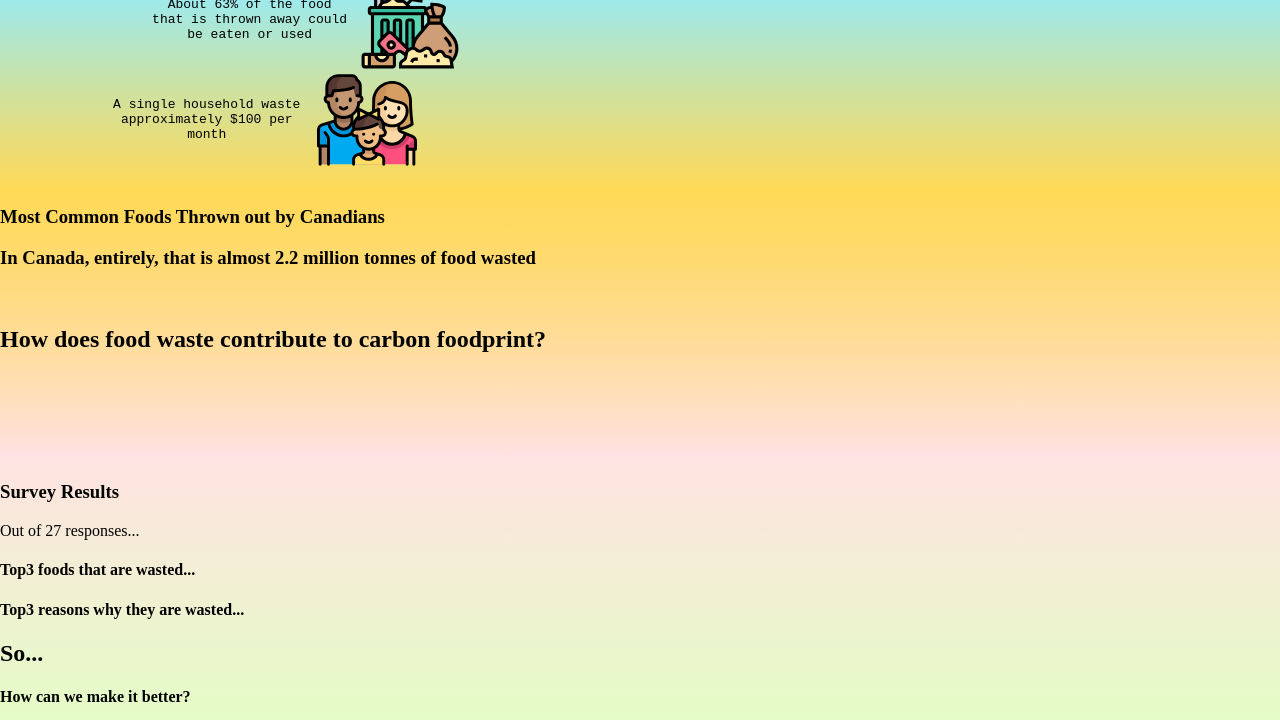
Repository: iorid3/Midterm
Page: index.html
These files come from the project's save history. The page is drawn as it stood at one moment and after a run of saves; the edit follows.
The browser window is 1280 px wide. The pictures show the whole page.
An inner scrolling area shows only its first screen.

Above is the page before, as saved 2021-03-08 12:37:15.
Console error: TypeError: Cannot read properties of null (reading 'innerHTML')

After the next 2 saves:
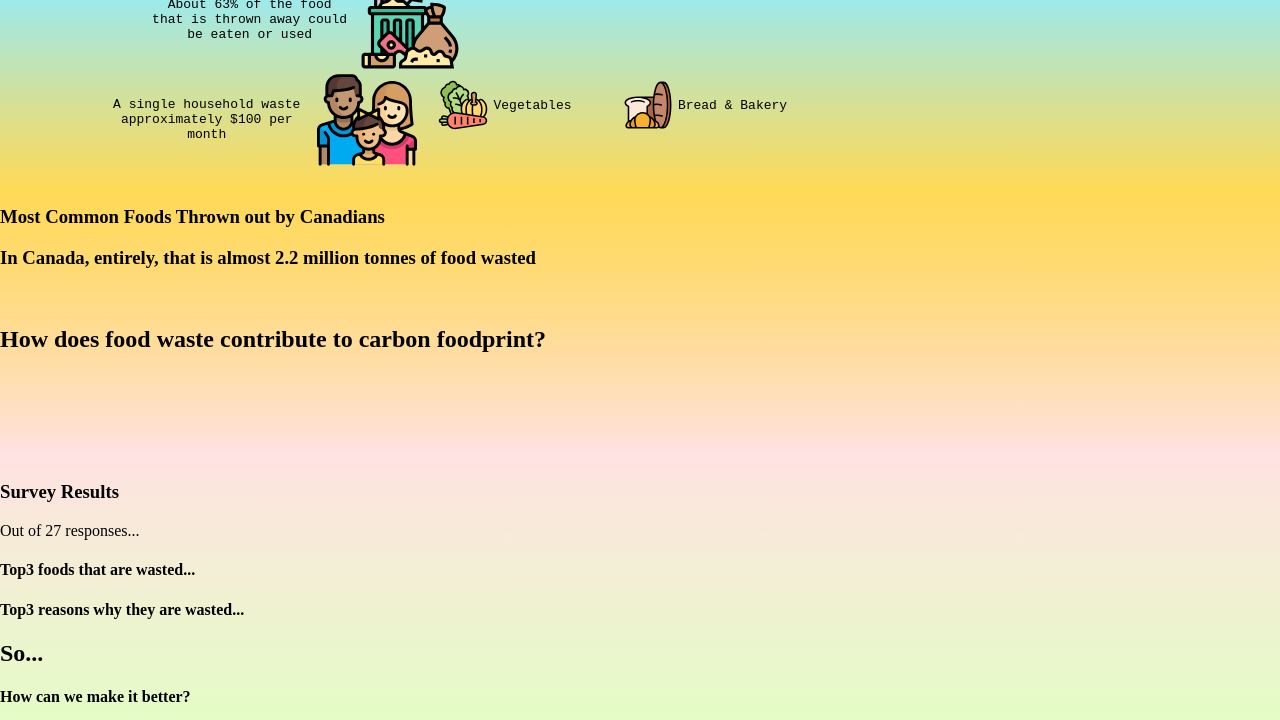
The 2 saves are shown as one change because they came seconds apart.
The last was saved 9 s later.
--- a/index.js
+++ b/index.js
@@ -15,8 +15,8 @@ document.querySelector(".comp3_2").innerHTML += Comp3UI('That’s worth about $1
 document.querySelector(".comp3_3").innerHTML += Comp3UI('About 63% of the food that is thrown away could be eaten or used', 'icons/garbage.svg')
 document.querySelector(".comp3_4").innerHTML += Comp3UI('A single household waste approximately $100 per month', 'icons/family.svg')
 
-document.querySelector(".middle").innerHTML += Comp4UI('icons/vegetable.svg', 'Vegetables',70,370)
-document.querySelector(".second").innerHTML += Comp4UI('icons/bread.svg', 'Bread & Bakery',70,570)
+document.querySelector(".comp4_1").innerHTML += Comp4UI('icons/vegetable.svg', 'Vegetables',70,370)
+document.querySelector(".comp4_2").innerHTML += Comp4UI('icons/bread.svg', 'Bread & Bakery',70,570)
 document.querySelector(".third").innerHTML += Comp4UI('icons/fruits.svg', 'Fruits',130,380)
 document.querySelector(".forth").innerHTML += Comp4UI('icons/fridge.svg', 'Leftover',130,545)
 
